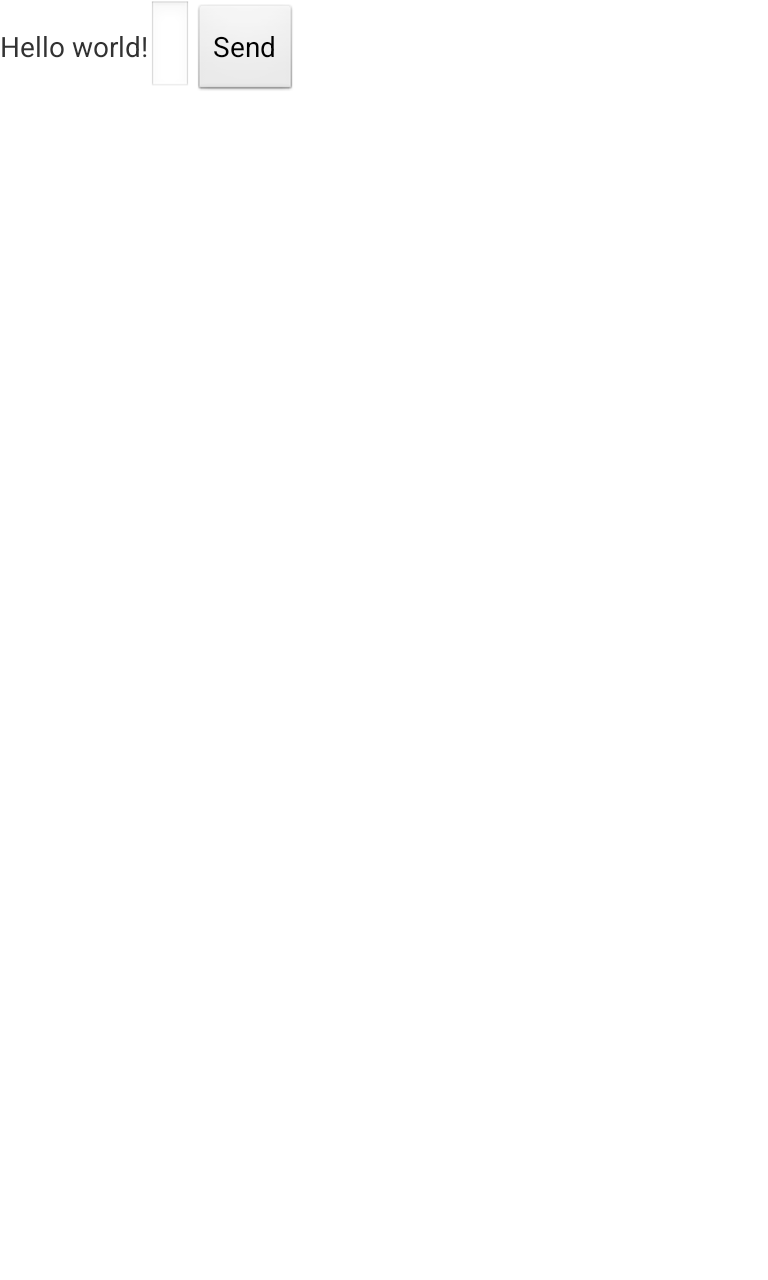
Repository: Shadow55AA/Archive-Android
Layout: SocketsClient/SocketsClient/res/layout/activity_sockets_client.xml
An editor plug-in stored every save of this project. The layout is shown before and after the next save, followed by the edit.
It is drawn on a 768 x 1280 px phone screen (xhdpi) without system bars, with theme AppTheme; the app's code is not run.

Above is the layout before, as saved 2012-08-31 22:48:15.

After the next save:
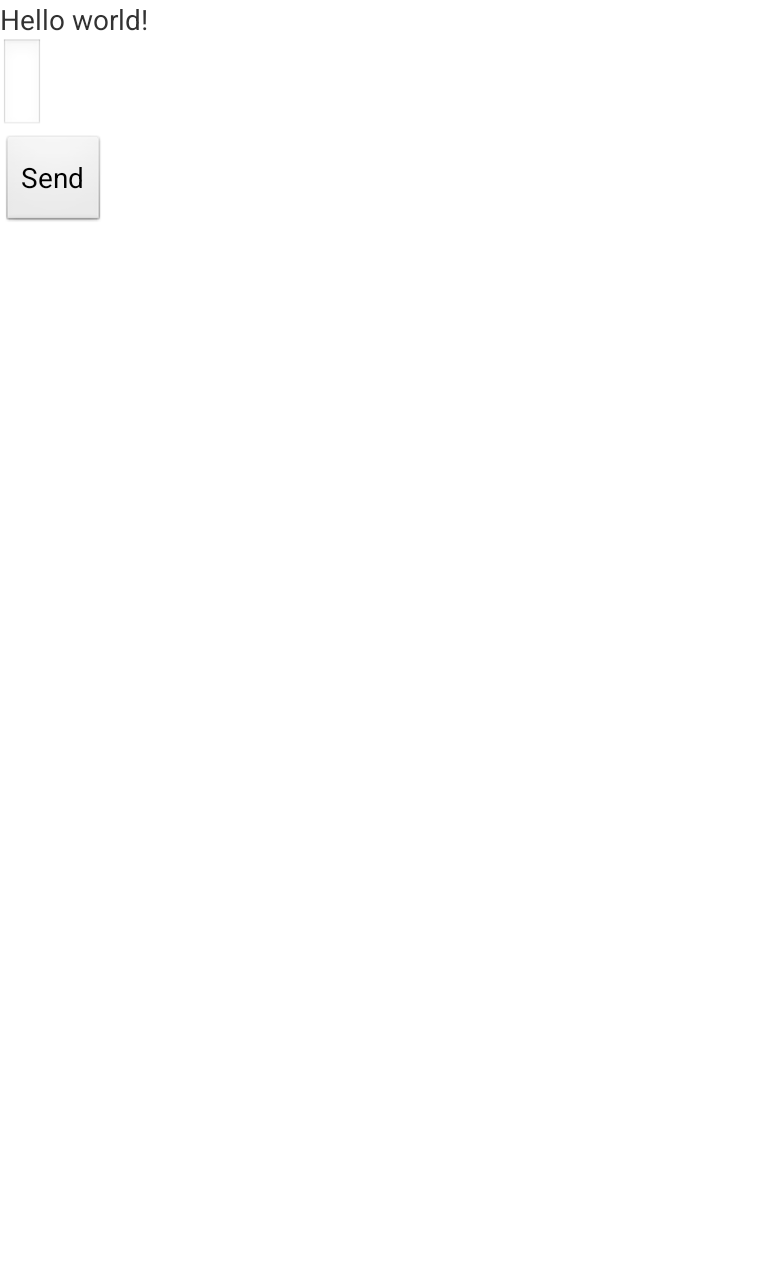
Saved 21 s later.
--- a/SocketsClient/SocketsClient/res/layout/activity_sockets_client.xml
+++ b/SocketsClient/SocketsClient/res/layout/activity_sockets_client.xml
@@ -2,7 +2,7 @@
     xmlns:tools="http://schemas.android.com/tools"
     android:layout_width="fill_parent"
     android:layout_height="fill_parent"
-    android:orientation="virtical" >
+    android:orientation="vertical" >
 
     <TextView
         android:layout_width="wrap_content"
